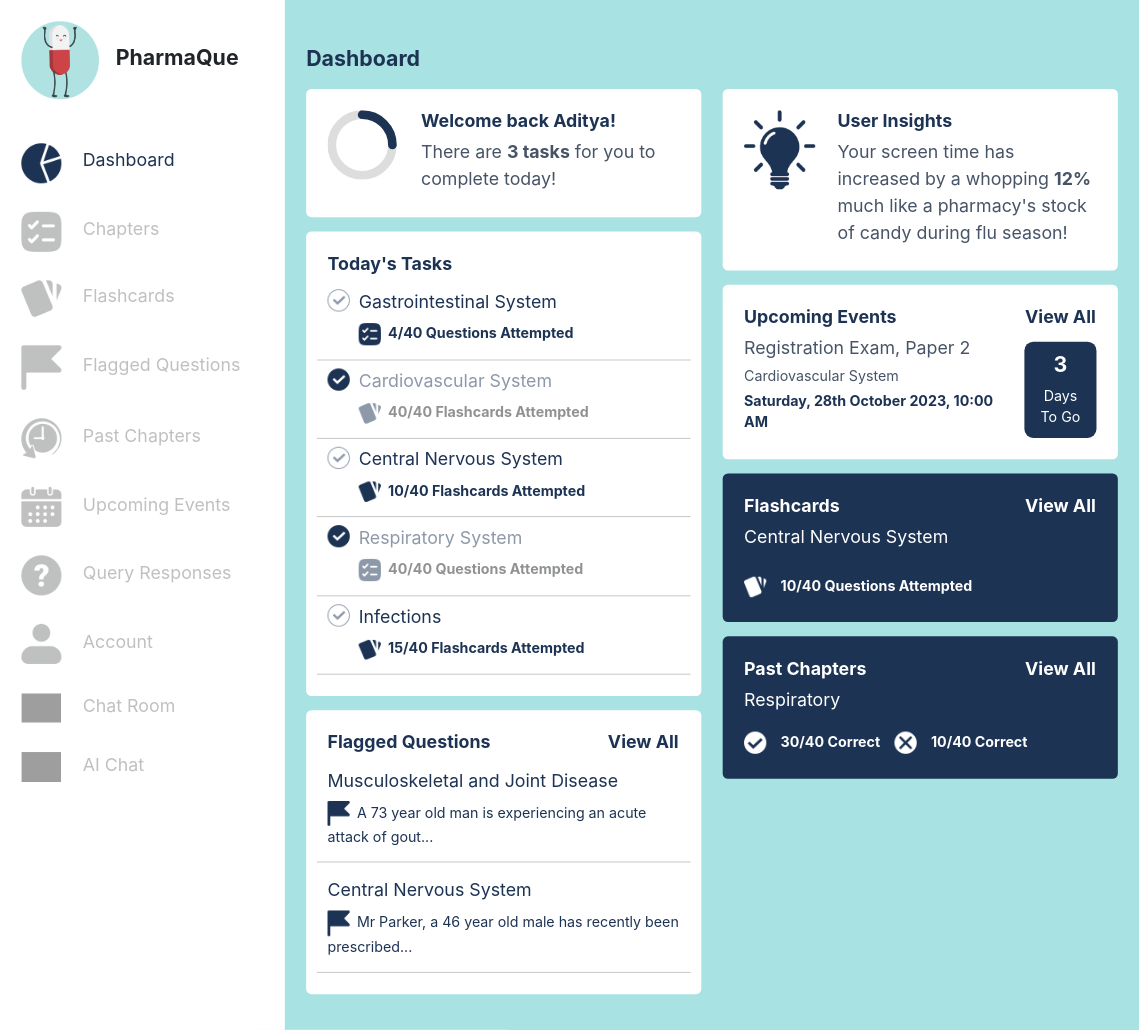
Repository: Kronium345/new_pharmaque_web_app
Page: /dashboard
An editor plug-in stored every save of this project. The page is shown before and after the next save, followed by the edit.
The browser window is 1280 px wide. The pictures show the whole page, at 89% of full size.
Pictures or frames that could not be fetched are drawn as grey boxes. The page's requests for data from a server got no answer. The project was rebuilt for these pictures with package versions that can differ from the ones it lists, and the page was loaded fresh each time. No one was signed in, and anything a server would have sent is missing. Also part of the build but not shown: src/pages/Login.js, src/pages/MyAccount.js, src/pages/UpcomingEvents.js, src/pages/UpcomingEvents2.js, src/pages/Chapters.js, src/pages/FlaggedQuestions.js, src/pages/FlashcardQuestion.js, src/pages/Flashcards.js and 34 more.

Above is the page before, as saved 2024-03-10 22:59:00.

After the next save:
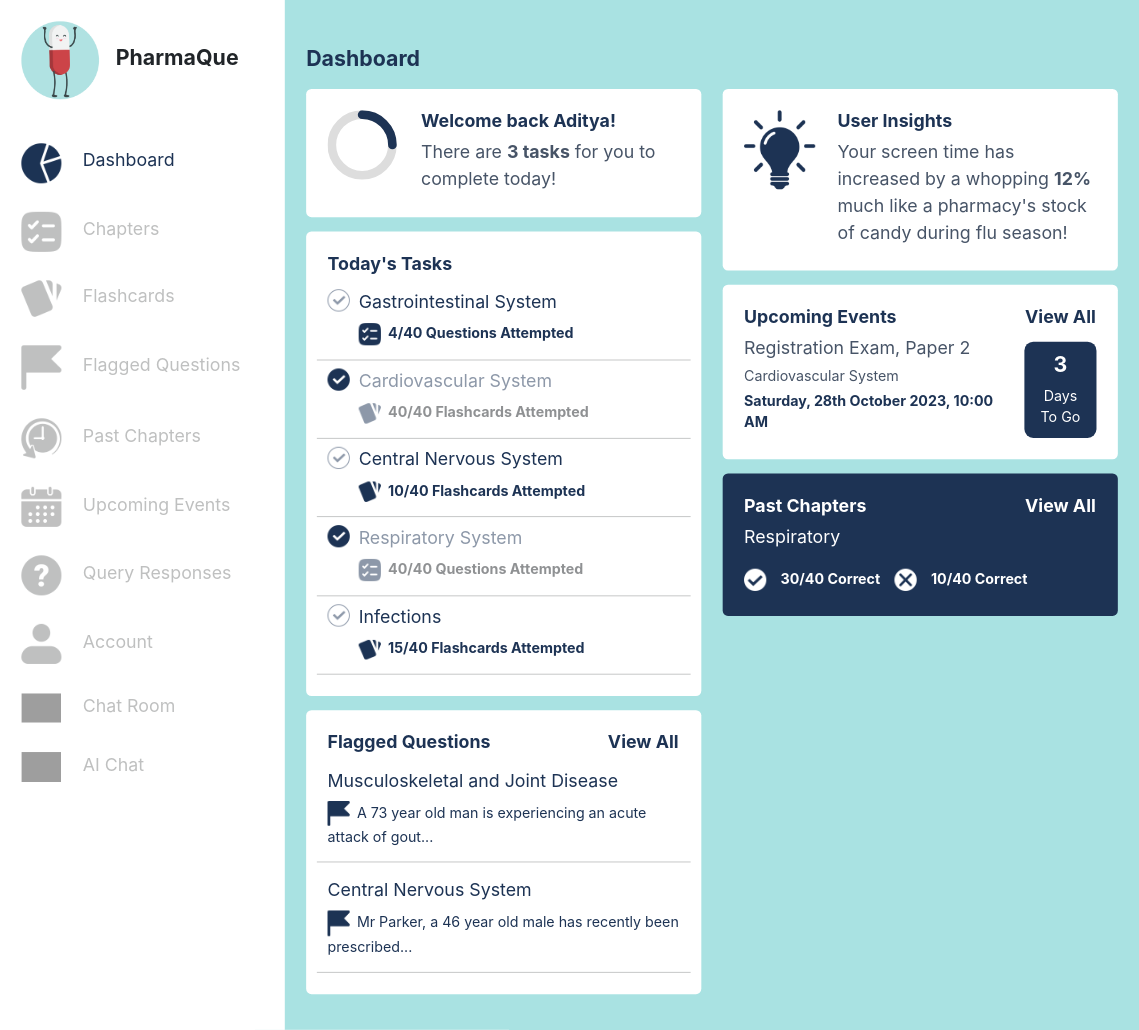
Saved 23 s later.
--- a/src/pages/Dashboard.js
+++ b/src/pages/Dashboard.js
@@ -429,35 +429,37 @@ const Dashboard = () => {
                   </div>
                 )}
 
-                <div class="card p-4 navybluebg mb-3">
-                  <div class="row">
-                    <div class="col-sm-9">
-                      <p class="h5 navybluetext fw-bold whitetext">
-                        Flashcards
-                      </p>
-                      <p class="greytext fs-5 mb-1 whitetext">
-                        Central Nervous System
-                      </p>
-                      <br />
-                      <a href="#" class="removeunderline">
-                        <p class="fs-6 navybluetext fw-bold mb-1 whitetext">
-                          <img
-                            src="images/FlashcardsWhite.png"
-                            class="smallicon"
-                          />
-                          <span class="mx-3">10/40 Questions Attempted</span>
-                        </p>
-                      </a>
-                    </div>
-                    <div class="col-sm-3 center">
-                      <a href="#" class="removeunderline">
+                {flash && flash.name && (
+                  <div class="card p-4 navybluebg mb-3">
+                    <div class="row">
+                      <div class="col-sm-9">
                         <p class="h5 navybluetext fw-bold whitetext">
-                          View All
-                        </p>
-                      </a>
-                    </div>
-                  </div>
-                </div>
+                          Flashcards
+                        </p>
+                        <p class="greytext fs-5 mb-1 whitetext">
+                          Central Nervous System
+                        </p>
+                        <br />
+                        <a href="#" class="removeunderline">
+                          <p class="fs-6 navybluetext fw-bold mb-1 whitetext">
+                            <img
+                              src="images/FlashcardsWhite.png"
+                              class="smallicon"
+                            />
+                            <span class="mx-3">10/40 Questions Attempted</span>
+                          </p>
+                        </a>
+                      </div>
+                      <div class="col-sm-3 center">
+                        <a href="#" class="removeunderline">
+                          <p class="h5 navybluetext fw-bold whitetext">
+                            View All
+                          </p>
+                        </a>
+                      </div>
+                    </div>
+                  </div>
+                )}
 
                 <div class="card p-4 navybluebg mb-3">
                   <div class="row mb-3">
